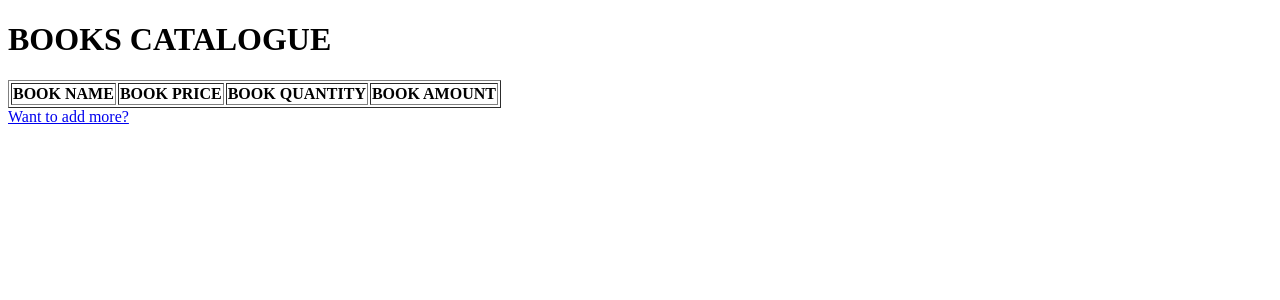
Repository: nikhilbad7/jsp-practicals
Page: http://localhost/classwork/exp12showbooks.jsp
These files come from the project's save history. The page is drawn as it stood at one moment and after the next save; the edit follows.
The browser window is 1280 px wide. The pictures show the whole page.
The page is served by Tomcat 9. Queries for data that is not in the repository find no rows.

Above is the page before, as saved 2018-04-11 09:06:12.

After the next save:
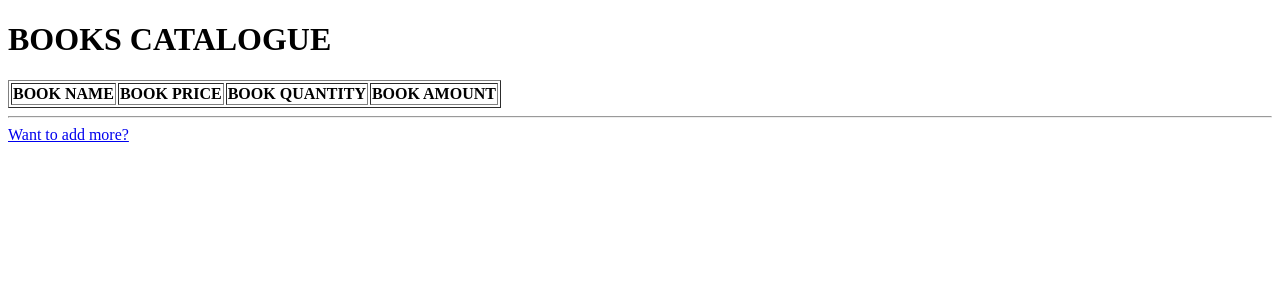
Saved 19 s later.
--- a/classwork/WebContent/exp12showbooks.jsp
+++ b/classwork/WebContent/exp12showbooks.jsp
@@ -44,7 +44,7 @@ while(rs.next()){
 
 }
 %>
-</table>
+</table><hr/>
 <a href="exp12addbooks.html">Want to add more?</a>
 <%
 con.close();
